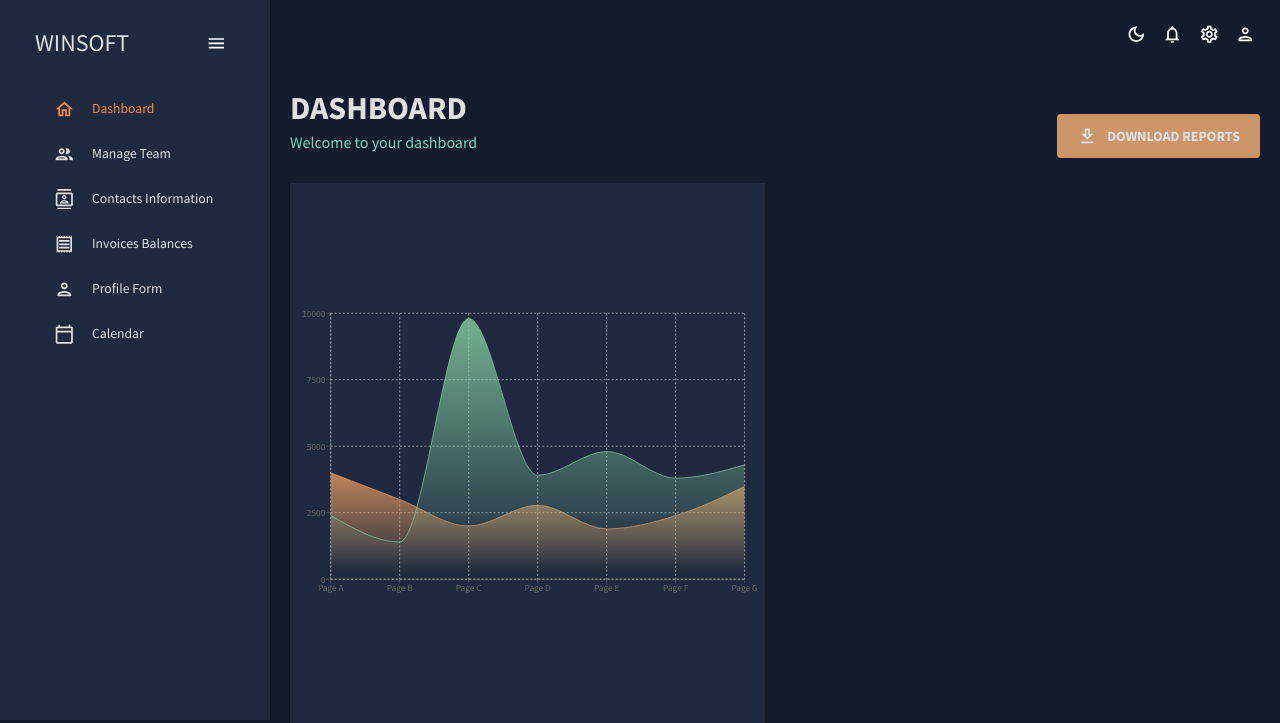
Repository: thamaraiselvan315731/winssoft
Page: /
An editor plug-in stored every save of this project. The page is shown before and after the next save, followed by the edit.
The browser window is 1280 px wide. The pictures show the whole page.
The project was rebuilt for these pictures with package versions that can differ from the ones it lists, and the page was loaded fresh each time. Also part of the build but not shown: src/pages/team/index.jsx, src/pages/invoices/index.jsx, src/pages/contacts/index.jsx, src/pages/form/index.jsx, src/components/LineChart.jsx, src/data/mockGeoFeatures.js, src/components/GeographyChart.jsx, src/components/BarChart.jsx and 4 more.

Above is the page before, as saved 2022-12-01 11:05:02.

After the next save:
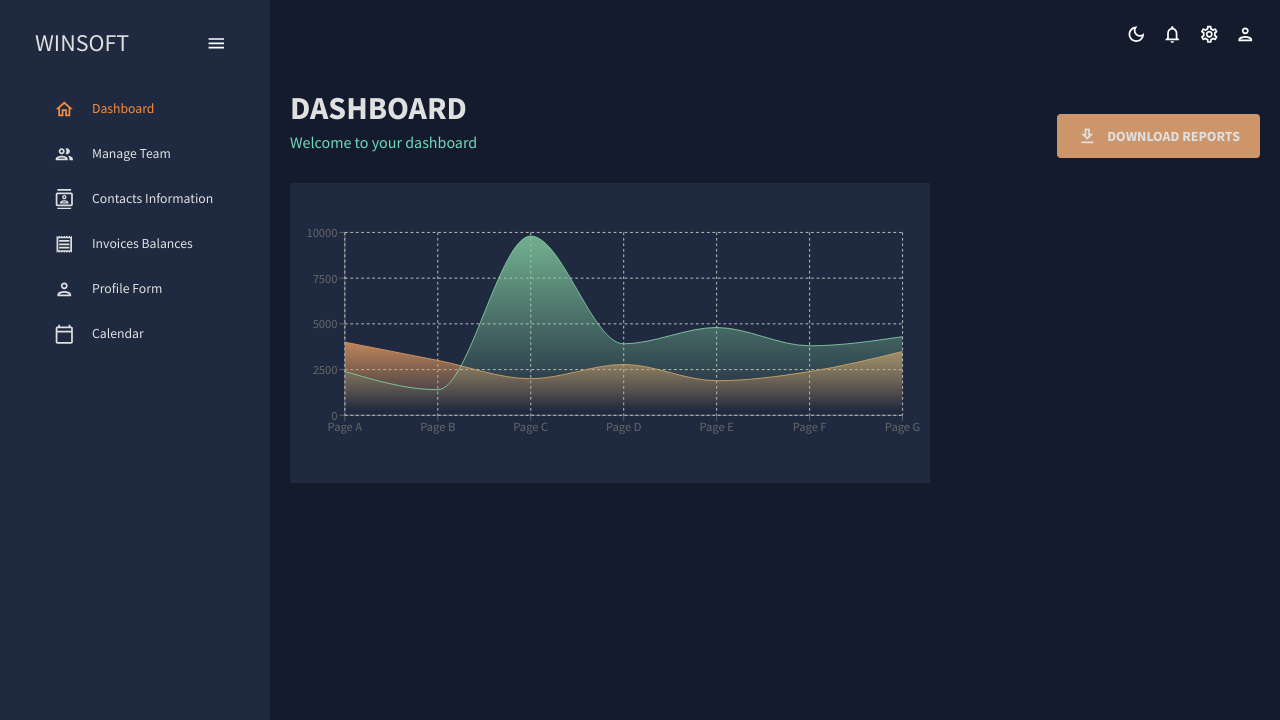
Saved 16 s later.
--- a/src/pages/dashboard/index.jsx
+++ b/src/pages/dashboard/index.jsx
@@ -45,12 +45,12 @@ const Dashboard = () => {
       <Box
         display="grid"
         gridTemplateColumns="repeat(12, 1fr)"
-        gridAutoRows="540px"
+        gridAutoRows="300px"
         gap="20px"
       >
         {/* ROW 1 */}
         <Box
-          gridColumn="span 6"
+          gridColumn="span 8"
           backgroundColor={colors.primary[400]}
           display="flex"
           alignItems="center"
